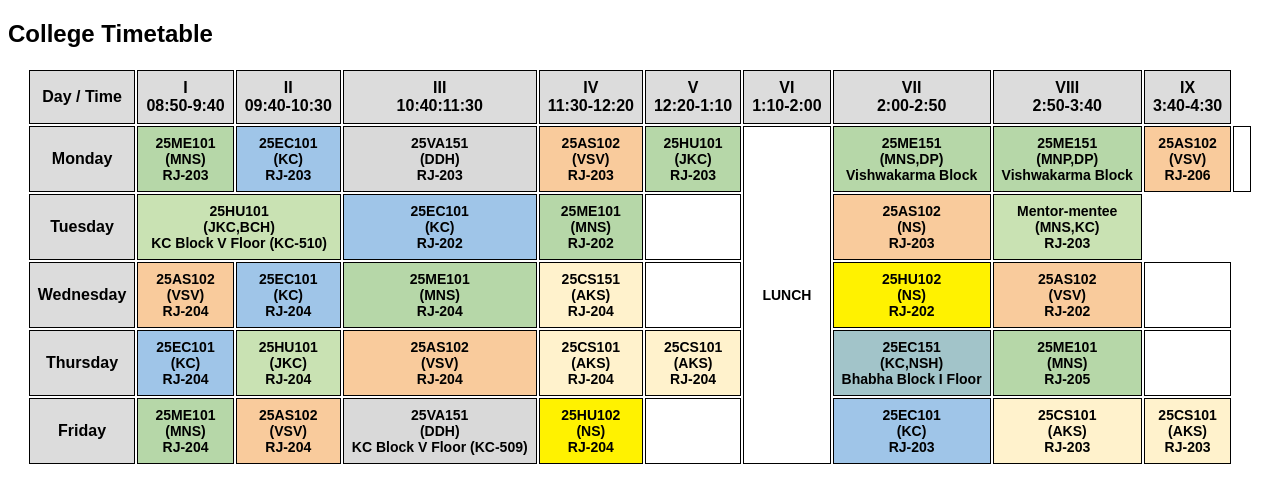
Repository: Glory998/ELCE1-32
Page: experiment3.html
These files come from the project's save history. The page is drawn as it stood at one moment and after the next save; the edit follows.
The browser window is 1280 px wide. The pictures show the whole page.

Above is the page before, as saved 2025-10-25 01:03:20.

After the next save:
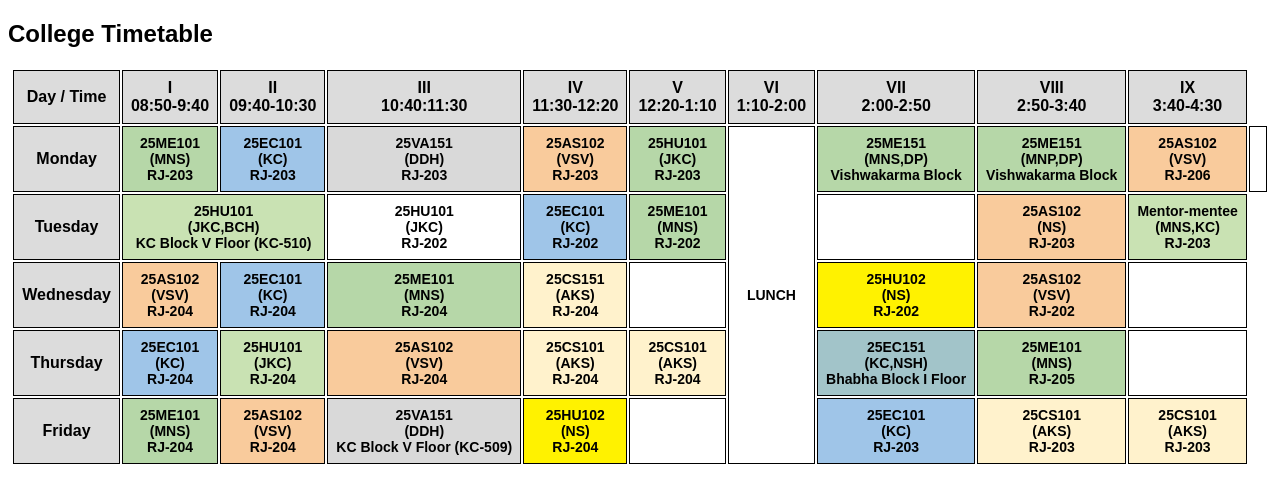
Saved 3 min 31 s later.
--- a/experiment3.html
+++ b/experiment3.html
@@ -91,6 +91,8 @@
                                                 <td colspan="2"
                                                 class="lightgreen">25HU101<br>(JKC,BCH)<br>KC Block V Floor (KC-510)</td>
                                                 <td
+                                                class="lighgreen">25HU101<br>(JKC)<br>RJ-202</td>
+                                                <td
                                                 class="blue">25EC101<br>(KC)<br>RJ-202</td>
                                                 <td
                                                 class="green">25ME101<br>(MNS)<br>RJ-202</td>
